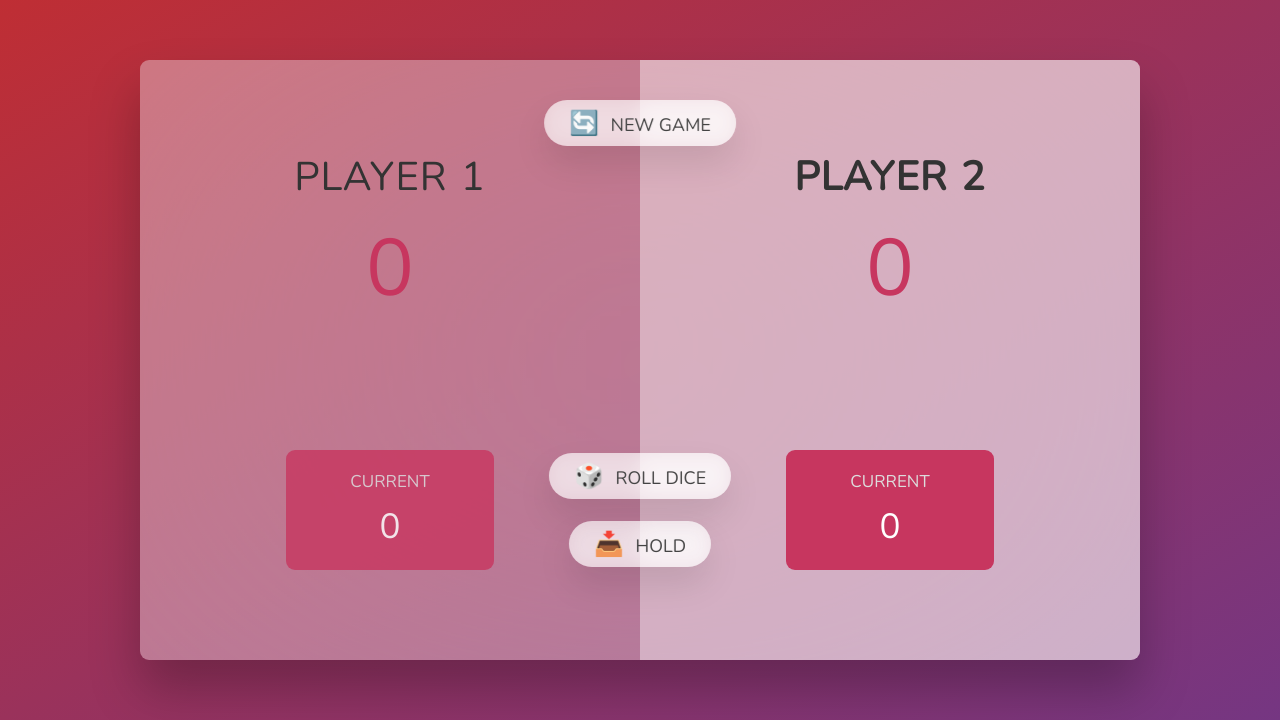
Repository: zeinawady/Jonas-Js-Course-Projects
Page: Roll Dice Game/index.html
These files come from the project's save history. The page is drawn as it stood at one moment and after a run of saves; the edit follows.
The browser window is 1280 px wide. The pictures show the whole page.
After loading, the first visible `button.btn--hold` was clicked once.

Above is the page before, as saved 2024-11-25 20:02:09.

After the next 3 saves:
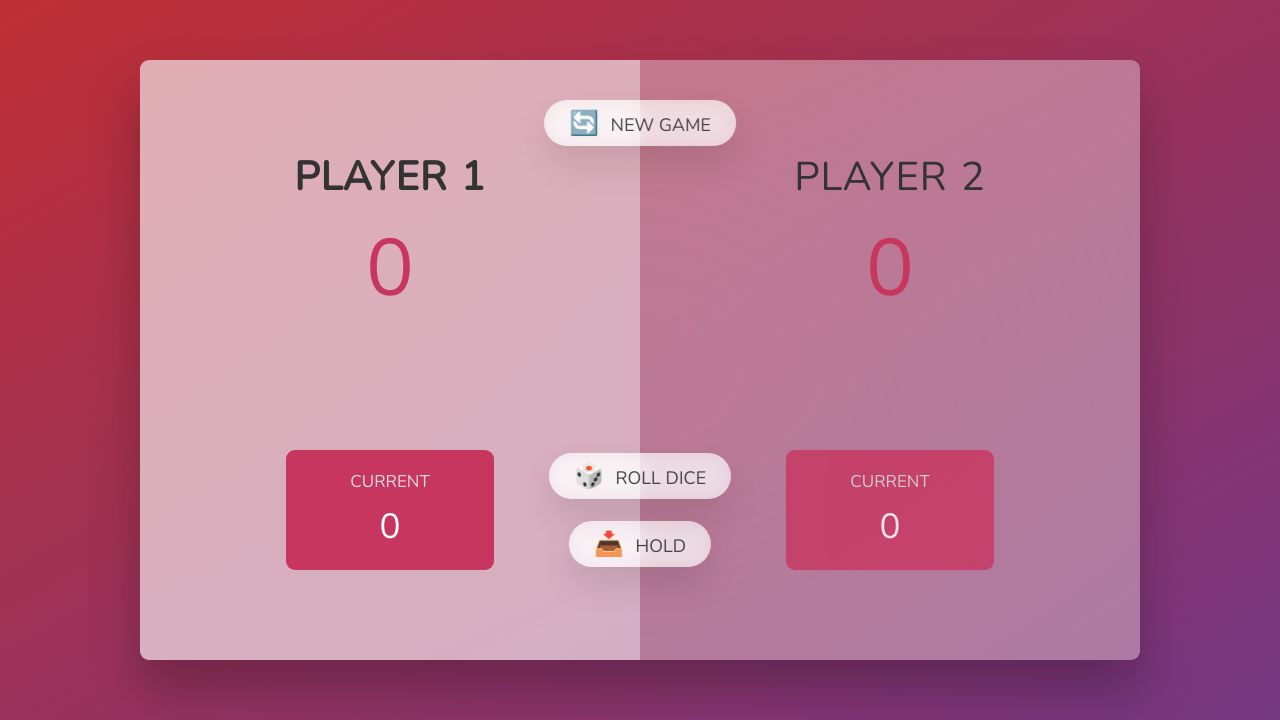
Console error: ReferenceError: sc is not defined
The 3 saves are shown as one change because they came seconds apart.
The last was saved 26 s later.
--- a/Roll Dice Game/script.js
+++ b/Roll Dice Game/script.js
@@ -56,6 +56,7 @@
   //1. add current score to the score of the active player
   console.log('hold button');
   scores[activePlayer] += currentScore;
+  console.log(sc);
   document.getElementById(`current--${activePlayer}`).textContent =
     scores[activePlayer];
 

After the save that followed:
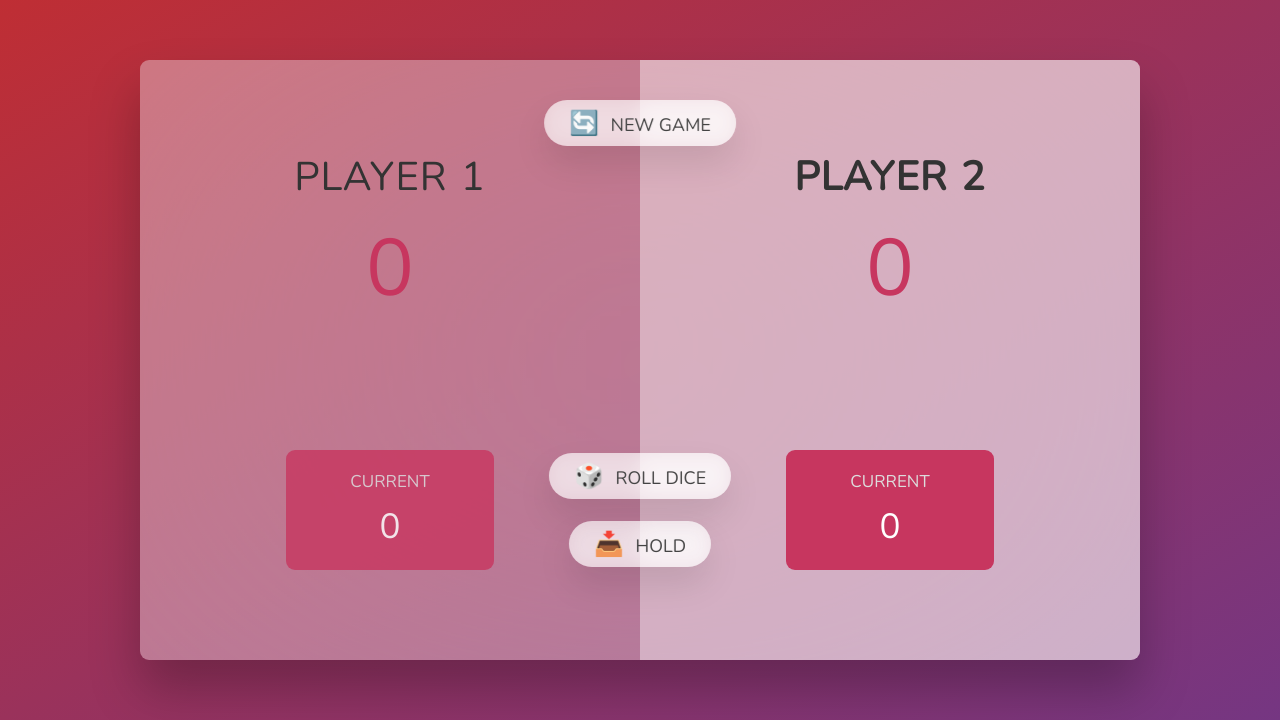
The error is gone.
Saved 4 s later.
--- a/Roll Dice Game/script.js
+++ b/Roll Dice Game/script.js
@@ -56,7 +56,7 @@
   //1. add current score to the score of the active player
   console.log('hold button');
   scores[activePlayer] += currentScore;
-  console.log(sc);
+  console.log(scores[activePlayer]);
   document.getElementById(`current--${activePlayer}`).textContent =
     scores[activePlayer];
 
